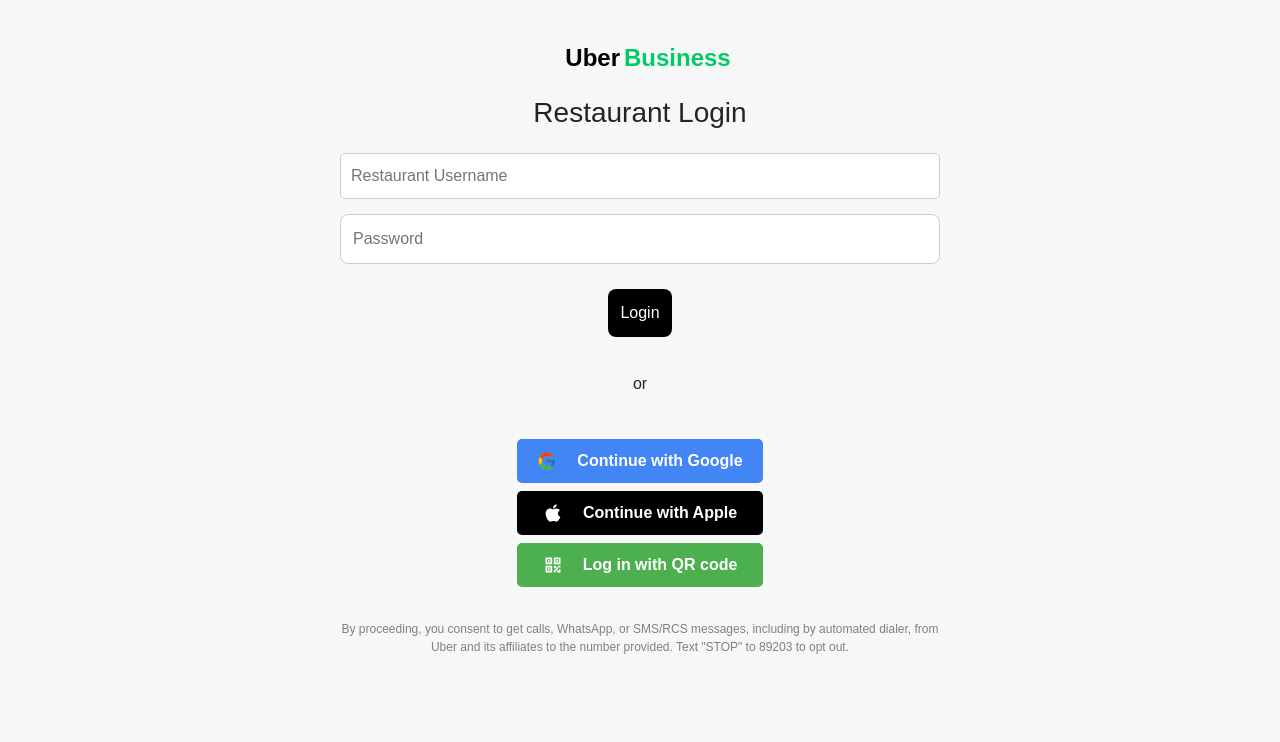
Repository: chelseajaculina/lab2-uber-eats
Page: /restaurant/login (app in frontend/)
These files come from the project's save history. The page is drawn as it stood at one moment and after the next save; the edit follows.
The browser window is 1280 px wide. The pictures show the whole page.
The project was rebuilt for these pictures with package versions that can differ from the ones it lists, and the page was loaded fresh each time. Also part of the build but not shown: frontend/src/components/Logout.css, frontend/src/components/Logout.js, frontend/src/contexts/CartContext.js, frontend/src/components/CartModal.css, frontend/src/components/CartModal.js, frontend/src/components/NavBarHome.js, frontend/src/components/Home.js, frontend/src/components/CustomerSignUp.js and 23 more.

Above is the page before, as saved 2024-11-25 10:45:59.

### frontend/src/components/RestaurantLogin.js
import React, { useState } from 'react';
import axios from 'axios';
import { useNavigate, Link } from 'react-router-dom';
import './RestaurantLogin.css'
import { FaApple } from 'react-icons/fa';
import { FcGoogle } from 'react-icons/fc';
import { RiQrCodeLine } from 'react-icons/ri';

const RestaurantLogin = () => {
    const [credentials, setCredentials] = useState({ username: '', password: '' });
    const [error,setError] = useState('');
    const navigate = useNavigate();

    const handleChange = (e) => {
        setCredentials({
            ...credentials,
            [e.target.name]: e.target.value
        });
    };

    const handleSubmit = async (e) => {
        e.preventDefault();

        try {
            const response = await axios.post('http://localhost:8000/api/restaurants/login/', credentials, {
                headers: {
                    'Content-Type': 'application/json',
                }
            });
            localStorage.setItem('access_token', response.data.access);
            localStorage.setItem('refresh_token', response.data.refresh);
            alert('Login successful');
            navigate('/restaurantdashboard');  // Redirect to the Restaurant page
        } catch (error) {
            console.error('Login failed:', error.response ? error.response.data : error);
            if (error.response && error.response.data.error) {
                setError(error.response.data.error);  // Display the error message from the backend
            } else {
                setError('Login failed. Please check your credentials.');
            }
        }
    };

    return (
        <div>
            <div className="login-container">
            <div className="login-header">
            <Link to="/home" className="brand-title">Uber <span>Business</span></Link>
        </div>

            <form onSubmit={handleSubmit} className="login-form">

                <h3>Restaurant Login</h3>
                <input type="text" name="username" onChange={handleChange} placeholder="Restaurant Username" required />
                <input type="password" name="password" onChange={handleChange} placeholder="Password" required />
                <button type="submit" className="continue-button">Login</button>
                {error && <p className="error-message">{error}</p>}

                <div className="divider">
                    <hr className="line" /> <span>or</span> <hr className="line" />
                </div>
                <div className="login-buttons">
                    <button className="google-button" type="button">
                        <FcGoogle className="icon" /> Continue with Google
                    </button>
                    <button className="apple-button" type="button">
                        <FaApple className="icon" /> Continue with Apple
                    </button>
                    <button className="qr-code-button" type="button">
                        <RiQrCodeLine className="icon" /> Log in with QR code
                    </button>
                </div>
                <p className="disclaimer">
                    By proceeding, you consent to get calls, WhatsApp, or SMS/RCS messages, including by automated dialer, from Uber and its affiliates to the number provided. Text "STOP" to 89203 to opt out.
                </p>
            </form>
        </div>
    </div>
);
};

export default RestaurantLogin;

### frontend/src/components/Login.css
/* Container for the entire login page */
.login-container {
    display: flex;
    flex-direction: column;
    align-items: center;
    padding: 40px;
    background-color: #ffffff;
}

/* Title for the login section */
.login-title {
    font-size: 20px;
    margin-bottom: 20px;
}

/* Flex container to hold both forms side by side */
.login-forms {
    display: flex;
    justify-content: space-between;
    width: 80%;
    max-width: 100px;
    gap: 20px; /* Space between the two forms */
}

/* Styling for each individual form */
.form-container {
    flex: 1;
    background-color: white;
    padding: 10px;
    border-radius: 10px;
    box-shadow: 0 4px 10px rgba(0, 0, 0, 0.1);
    text-align: center;
}

/* Form titles */
.form-container h2 {
    margin-bottom: 20px;
    font-size: 18px;
}

/* Responsive design for smaller screens */
@media (max-width: 768px) {
    .login-forms {
        flex-direction: column;
        align-items: center;
    }

    .form-container {
        width: 100%;
        margin-bottom: 20px;
    }
}


/* Adjust navbar height */
.navbar {
    display: flex;
    justify-content: space-between;
    align-items: center;
    padding: 20px 2rem; /* Increase padding for taller navbar */
    background-color: transparent;
}

/* Style the brand title to ensure visibility in the taller navbar */



/* Style the brand title to ensure visibility in the taller navbar */
.brand-title {
    font-size: 2rem; /* Set a consistent font size */
    font-weight: bold; /* Consistent font weight */
    color: #000;
    display: flex;
    align-items: center;
}
.brand-title span {
    font-size: inherit;
    font-weight: inherit;
    color: #00cc66;
    margin-left: 4px; /* Adjust as needed */
}


/* Dropdown Selector Styling */
.form-selector {
    margin: 20px 0;
    text-align: center;
}

.form-select-dropdown {
    padding: 10px;
    font-size: 16px;
    margin-left: 10px;
}

/* Login Title */
.login-title {
    text-align: center;
    font-size: 24px;
    margin-bottom: 20px;
}

/* Login Form Container */
.login-form {
    display: flex;
    justify-content: center;
    align-items: center;
}

### frontend/src/components/RestaurantLogin.css
/* Container for the entire login page */
.login-container {
    display: flex;
    flex-direction: column;
    align-items: center;
    padding: 40px;
    background-color: #f7f7f7;
    /* background: url('/public/images/restaurantlogin.png') center/cover no-repeat; */


}

/* Title for the login section */
.login-title {
    font-size: 24px;
    margin-bottom: 20px;
}

/* Flex container to hold both forms side by side */
.login-forms {
    display: flex;
    justify-content: space-between;
    width: 80%;
    max-width: 1000px;
    gap: 20px; /* Space between the two forms */
}

/* Styling for each individual form */
.form-container {
    flex: 1;
    background-color: white;
    padding: 20px;
    border-radius: 10px;
    box-shadow: 0 4px 10px rgba(0, 0, 0, 0.1);
    text-align: center;
}

/* Form titles */
.form-container h2 {
    margin-bottom: 20px;
    font-size: 18px;
}

/* Responsive design for smaller screens */
@media (max-width: 768px) {
    .login-forms {
        flex-direction: column;
        align-items: center;
    }

    .form-container {
        width: 100%;
        margin-bottom: 20px;
    }
}

### frontend/src/components/CustomerLogin.css
/* Container for the entire login page */
.login-container {
    display: flex;
    flex-direction: column;
    align-items: center;
    padding: 40px;
    background-color: #f7f7f7;
    /* background: url('/public/images/customerlogin.png') center/cover no-repeat; */


}

/* Title for the login section */
.login-title {
    font-size: 24px;
    margin-bottom: 20px;
}

/* Flex container to hold both forms side by side */
.login-forms {
    display: flex;
    justify-content: space-between;
    width: 80%;
    max-width: 1000px;
    gap: 20px; /* Space between the two forms */
}

/* Styling for each individual form */
.form-container {
    flex: 1;
    background-color: white;
    padding: 20px;
    border-radius: 10px;
    box-shadow: 0 4px 10px rgba(0, 0, 0, 0.1);
    text-align: center;
}

/* Form titles */
.form-container h2 {
    margin-bottom: 20px;
    font-size: 18px;
}

/* Responsive design for smaller screens */
@media (max-width: 768px) {
    .login-forms {
        flex-direction: column;
        align-items: center;
    }

    .form-container {
        width: 100%;
        margin-bottom: 20px;
    }
}


/* General button styling */
.login-buttons button {
    display: flex;
    align-items: center;
    justify-content: center;
    gap: 10px;
    padding: 10px 20px;
    font-size: 16px;
    font-weight: bold;
    color: #fff;
    border: none;
    border-radius: 5px;
    cursor: pointer;
    transition: background-color 0.3s ease;
}

/* Specific button colors */
.google-button {
    background-color: #4285F4; /* Google blue */
    color: #fff;
}

.apple-button {
    background-color: #000; /* Black for Apple */
    color: #fff;
}

.qr-code-button {
    background-color: #4CAF50; /* Green for QR code */
    color: #fff;
}

/* Icon styling */
.icon {
    font-size: 20px; /* Adjust icon size */
}

/* Divider styling */
.divider {
    display: flex;
    align-items: center;
    margin: 20px 0;
}

.line {
    flex: 1;
    height: 1px;
    background-color: #ccc;
    margin: 0 10px;
}

### frontend/src/components/RestaurantProfile.css
/* Main Container */
.dashboard-container {
    display: flex;
    font-family: Arial, sans-serif;
  }

  /* Sidebar */
  .sidebar {
    width: 250px;
    background-color: #000;
    color: #fff;
    padding: 20px;
    min-height: 100vh;
  }

  .sidebar h2 {
    font-size: 1.2em;
    margin-bottom: 20px;
    color: #fff;
  }

  .sidebar ul {
    list-style-type: none;
    padding: 0;
  }

  .sidebar ul li {
    padding: 15px 0;
    color: #ccc;
    cursor: pointer;
  }

  .sidebar ul li:hover,
  .sidebar ul li.active {
    color: #fff;
    background-color: #333;
    padding-left: 10px;
    border-radius: 5px;
  }

  /* Content Section */
  .content {
    flex: 1;
    padding: 40px;
  }

  .content h1 {
    font-size: 2em;
    font-weight: bold;
    margin-bottom: 20px;
  }

  /* Form Styling */
  form {
    display: flex;
    flex-direction: column;
    gap: 15px;
    max-width: 600px;
    margin-bottom: 30px;
  }

  form label {
    font-weight: bold;
    margin-bottom: 5px;
  }

  form input[type="text"],
  form input[type="date"],
  form input[type="email"],
  form input[type="tel"],
  form select {
    width: 100%;
    padding: 10px;
    border: 1px solid #ccc;
    border-radius: 5px;
  }

  form button {
    padding: 10px 15px;
    background-color: #28a745;
    color: #fff;
    border: none;
    border-radius: 5px;
    cursor: pointer;
  }

  form button:hover {
    background-color: #000;
  }

  /* Profile Picture Section */
  .profile-section {
    display: flex;
    align-items: center;
    gap: 10px;
    margin-bottom: 20px;
  }

  .profile-picture {
    width: 100px;
    height: 100px;
    border-radius: 75%;
    object-fit: cover;
    border: 1px solid #ccc;
  }

  .profile-picture-input {
    margin-top: 10px;
  }

  .profile-picture-btn {
    padding: 8px 12px;
    background-color: #28a745;
    color: #fff;
    border: none;
    border-radius: 5px;
    cursor: pointer;
    margin-top: 10px;
  }

  .profile-picture-btn:hover {
    background-color: #000000;
  }

  /* Favorites Section */
  .favorites-section {
    margin-top: 30px;
  }

  .favorites-section h2 {
    font-size: 1.5em;
    font-weight: bold;
    margin-bottom: 10px;
  }

  .favorites-section ul {
    list-style-type: none;
    padding: 0;
  }

  .favorites-section li {
    padding: 10px 0;
    border-bottom: 1px solid #eee;
  }

  /* Edit Icon Styling (optional) */
  .edit-icon {
    cursor: pointer;
    font-size: 1.2em;
    color: #007bff;
    background: #fff;
    border-radius: 50%;
    padding: 5px;
    border: 1px solid #007bff;
  }

Loaded but not shown: frontend/public/index.html (common file); frontend/src/App.js (86 lines, source omitted); frontend/src/redux/slices/restaurantSlice.js (39 lines, source omitted); frontend/src/redux/slices/authSlice.js (29 lines, source omitted); frontend/src/redux/slices/orderSlice.js (24 lines, source omitted); frontend/src/index.js (15 lines, source omitted); frontend/src/redux/store.js (14 lines, source omitted); frontend/src/components/NavBar.css (372 lines, source omitted); frontend/src/components/NavBarBusiness.css (260 lines, source omitted); frontend/src/components/Welcome.css (197 lines, source omitted); frontend/src/components/SignUp.css (183 lines, source omitted); frontend/src/components/Home.css (221 lines, source omitted); frontend/src/components/RestaurantMenu.css (193 lines, source omitted); frontend/src/components/CustomerProfile.css (155 lines, source omitted)

After the next save:
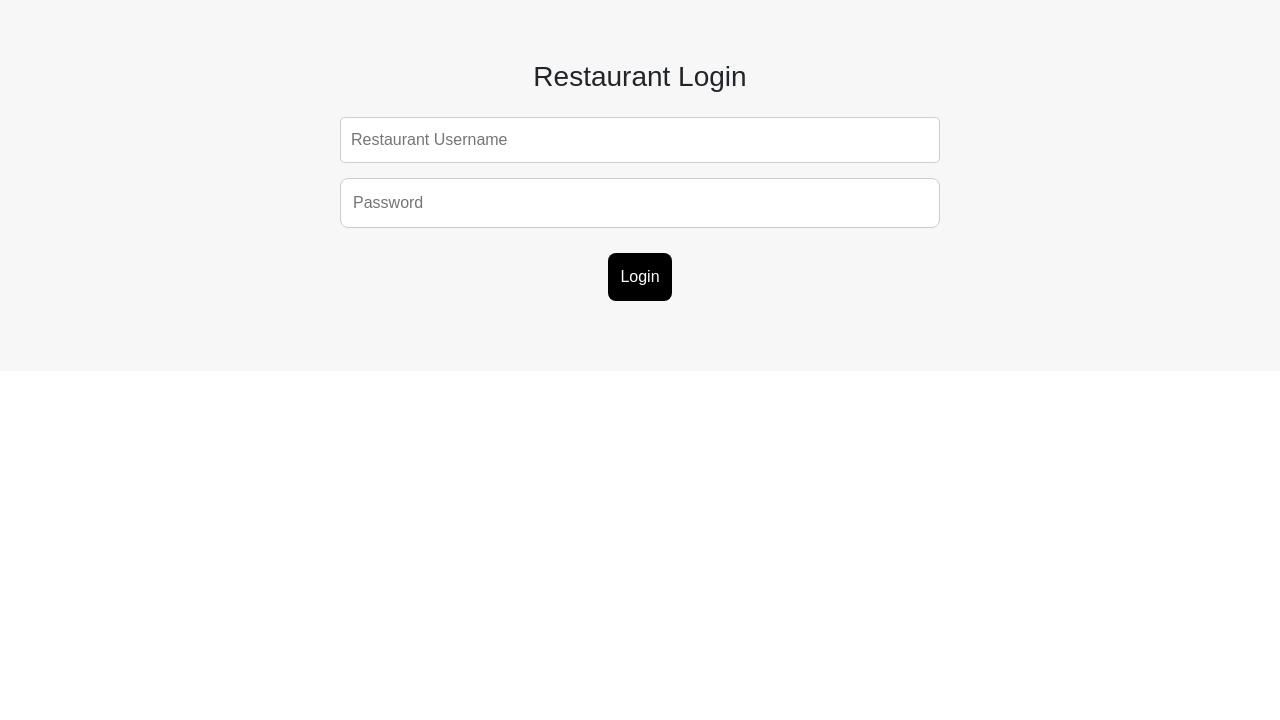
Saved 9 s later.
--- a/frontend/src/components/RestaurantLogin.js
+++ b/frontend/src/components/RestaurantLogin.js
@@ -1,15 +1,18 @@
 import React, { useState } from 'react';
 import axios from 'axios';
 import { useNavigate, Link } from 'react-router-dom';
-import './RestaurantLogin.css'
+import './RestaurantLogin.css';
 import { FaApple } from 'react-icons/fa';
 import { FcGoogle } from 'react-icons/fc';
 import { RiQrCodeLine } from 'react-icons/ri';
+import { useDispatch } from 'react-redux';
+import { login } from '../redux/slices/authSlice';
 
 const RestaurantLogin = () => {
     const [credentials, setCredentials] = useState({ username: '', password: '' });
-    const [error,setError] = useState('');
+    const [error, setError] = useState('');
     const navigate = useNavigate();
+    const dispatch = useDispatch();
 
     const handleChange = (e) => {
         setCredentials({
@@ -23,60 +26,28 @@
 
         try {
             const response = await axios.post('http://localhost:8000/api/restaurants/login/', credentials, {
-                headers: {
-                    'Content-Type': 'application/json',
-                }
+                headers: { 'Content-Type': 'application/json' }
             });
-            localStorage.setItem('access_token', response.data.access);
-            localStorage.setItem('refresh_token', response.data.refresh);
+            dispatch(login({ access: response.data.access, refresh: response.data.refresh }));
             alert('Login successful');
-            navigate('/restaurantdashboard');  // Redirect to the Restaurant page
+            navigate('/restaurantdashboard');
         } catch (error) {
             console.error('Login failed:', error.response ? error.response.data : error);
-            if (error.response && error.response.data.error) {
-                setError(error.response.data.error);  // Display the error message from the backend
-            } else {
-                setError('Login failed. Please check your credentials.');
-            }
+            setError(error.response?.data?.error || 'Login failed. Please check your credentials.');
         }
     };
 
     return (
-        <div>
-            <div className="login-container">
-            <div className="login-header">
-            <Link to="/home" className="brand-title">Uber <span>Business</span></Link>
-        </div>
-
+        <div className="login-container">
             <form onSubmit={handleSubmit} className="login-form">
-
                 <h3>Restaurant Login</h3>
                 <input type="text" name="username" onChange={handleChange} placeholder="Restaurant Username" required />
                 <input type="password" name="password" onChange={handleChange} placeholder="Password" required />
                 <button type="submit" className="continue-button">Login</button>
                 {error && <p className="error-message">{error}</p>}
-
-                <div className="divider">
-                    <hr className="line" /> <span>or</span> <hr className="line" />
-                </div>
-                <div className="login-buttons">
-                    <button className="google-button" type="button">
-                        <FcGoogle className="icon" /> Continue with Google
-                    </button>
-                    <button className="apple-button" type="button">
-                        <FaApple className="icon" /> Continue with Apple
-                    </button>
-                    <button className="qr-code-button" type="button">
-                        <RiQrCodeLine className="icon" /> Log in with QR code
-                    </button>
-                </div>
-                <p className="disclaimer">
-                    By proceeding, you consent to get calls, WhatsApp, or SMS/RCS messages, including by automated dialer, from Uber and its affiliates to the number provided. Text "STOP" to 89203 to opt out.
-                </p>
             </form>
         </div>
-    </div>
-);
+    );
 };
 
 export default RestaurantLogin;

After the save that followed:
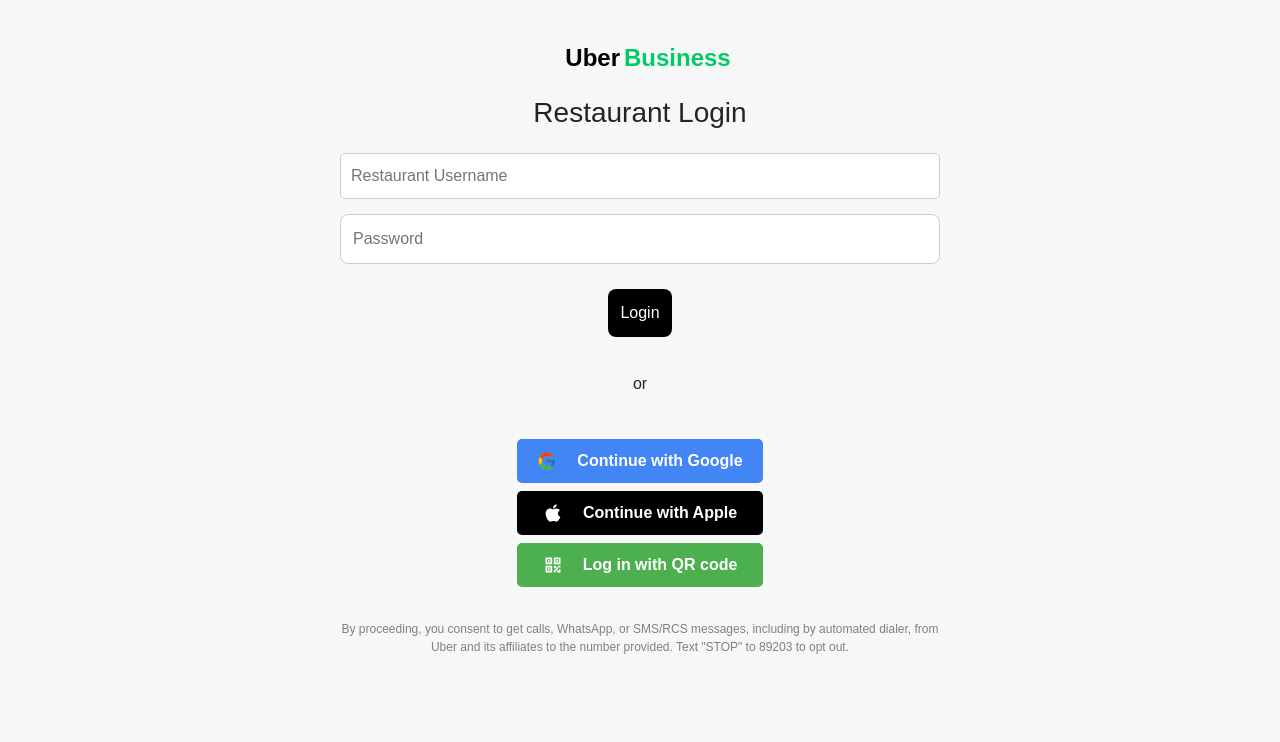
Saved 5 s later.
--- a/frontend/src/components/RestaurantLogin.js
+++ b/frontend/src/components/RestaurantLogin.js
@@ -1,18 +1,15 @@
 import React, { useState } from 'react';
 import axios from 'axios';
 import { useNavigate, Link } from 'react-router-dom';
-import './RestaurantLogin.css';
+import './RestaurantLogin.css'
 import { FaApple } from 'react-icons/fa';
 import { FcGoogle } from 'react-icons/fc';
 import { RiQrCodeLine } from 'react-icons/ri';
-import { useDispatch } from 'react-redux';
-import { login } from '../redux/slices/authSlice';
 
 const RestaurantLogin = () => {
     const [credentials, setCredentials] = useState({ username: '', password: '' });
-    const [error, setError] = useState('');
+    const [error,setError] = useState('');
     const navigate = useNavigate();
-    const dispatch = useDispatch();
 
     const handleChange = (e) => {
         setCredentials({
@@ -26,28 +23,60 @@
 
         try {
             const response = await axios.post('http://localhost:8000/api/restaurants/login/', credentials, {
-                headers: { 'Content-Type': 'application/json' }
+                headers: {
+                    'Content-Type': 'application/json',
+                }
             });
-            dispatch(login({ access: response.data.access, refresh: response.data.refresh }));
+            localStorage.setItem('access_token', response.data.access);
+            localStorage.setItem('refresh_token', response.data.refresh);
             alert('Login successful');
-            navigate('/restaurantdashboard');
+            navigate('/restaurantdashboard');  // Redirect to the Restaurant page
         } catch (error) {
             console.error('Login failed:', error.response ? error.response.data : error);
-            setError(error.response?.data?.error || 'Login failed. Please check your credentials.');
+            if (error.response && error.response.data.error) {
+                setError(error.response.data.error);  // Display the error message from the backend
+            } else {
+                setError('Login failed. Please check your credentials.');
+            }
         }
     };
 
     return (
-        <div className="login-container">
+        <div>
+            <div className="login-container">
+            <div className="login-header">
+            <Link to="/home" className="brand-title">Uber <span>Business</span></Link>
+        </div>
+
             <form onSubmit={handleSubmit} className="login-form">
+
                 <h3>Restaurant Login</h3>
                 <input type="text" name="username" onChange={handleChange} placeholder="Restaurant Username" required />
                 <input type="password" name="password" onChange={handleChange} placeholder="Password" required />
                 <button type="submit" className="continue-button">Login</button>
                 {error && <p className="error-message">{error}</p>}
+
+                <div className="divider">
+                    <hr className="line" /> <span>or</span> <hr className="line" />
+                </div>
+                <div className="login-buttons">
+                    <button className="google-button" type="button">
+                        <FcGoogle className="icon" /> Continue with Google
+                    </button>
+                    <button className="apple-button" type="button">
+                        <FaApple className="icon" /> Continue with Apple
+                    </button>
+                    <button className="qr-code-button" type="button">
+                        <RiQrCodeLine className="icon" /> Log in with QR code
+                    </button>
+                </div>
+                <p className="disclaimer">
+                    By proceeding, you consent to get calls, WhatsApp, or SMS/RCS messages, including by automated dialer, from Uber and its affiliates to the number provided. Text "STOP" to 89203 to opt out.
+                </p>
             </form>
         </div>
-    );
+    </div>
+);
 };
 
 export default RestaurantLogin;
